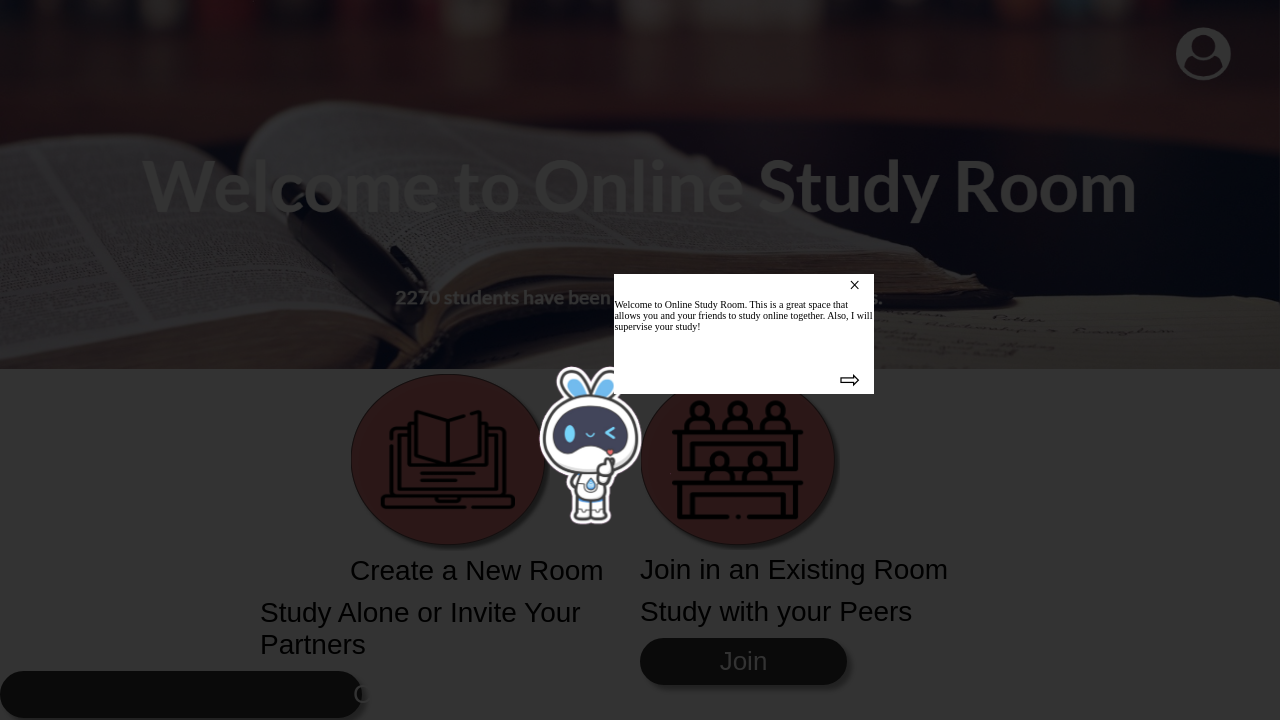
Repository: Team-Extrememe/Online-Study-Room
Page: home.html
These files come from the project's save history. The page is drawn as it stood at one moment and after the next save; the edit follows.
The browser window is 1280 px wide. The pictures show the whole page.

Above is the page before, as saved 2021-10-06 13:34:25.
Console error: TypeError: Cannot set properties of null (setting 'onclick')

### home.html
<!DOCTYPE html>
<html lang="en">
<head>
    <meta charset="UTF-8">
    <meta http-equiv="X-UA-Compatible" content="IE=edge">
    <meta name="viewport" content="width=device-width, initial-scale=1.0">
    <link rel="stylesheet" href="css/style.css">
    <script src="js/jquery-3.6.0.min.js" type="text/javascript"></script>
    <script type="text/javascript" src="js/javascript.js"></script>
    <title>Homepage</title>
</head>
<body>
    <img class="home" src="images/home.png" alt="home_header">
    <a href="login.html" class="account"></a>
    <img class="rabbit" src="images/rabbit1.png" alt="guide_rabbit">
    <div id="light3" class="guide_div">
        <div class="guide_text">
            <div class="close_guide_button">&times;</div>
            <div class="text1">
                Welcome to Online Study Room.  This is a great space that allows you and your friends to study online together.  Also, I will supervise your study!
            </div>
            <div class="next">&#8680;</div>
        </div>
    </div>
    <img class="rabbit2" src="images/rabbit2.png" alt="guide_rabbit2">
    <div id="light4" class="guide_div2">
        <div class="guide_text2">
            <div class="close_guide_button2">&times;</div>
            <span>You can create your own study room here!</span>
            <div class="back">&#8678;</div>
            <div class="next2">&#8680;</div>
        </div>
    </div>
    <img class="rabbit3" src="images/rabbit3.png" alt="guide_rabbit3">
    <div id="light5" class="guide_div3">
        <div class="guide_text3">
            <div class="close_guide_button3">&times;</div>
            <span>Or you can join other's study room.</span>
            <div class="back2">&#8678;</div>
            <div class="next3">&#8680;</div>
        </div>
    </div>
    <img class="rabbit4" src="images/rabbit3.png" alt="guide_rabbit4">
    <div id="light6" class="guide_div4">
        <div class="guide_text4">
            <div class="close_guide_button4">&times;</div>
            <span>You can create an account and log in here.</span>
            <div class="back3">&#8678;</div>
            <div class="next4">&#8680;</div>
        </div>
    </div>
    <img class="rabbit5" src="images/rabbit4.png" alt="guide_rabbit5">
    <div id="light7" class="guide_div5">
        <div class="guide_text5">
            <span>So now, start your learning~ I will always be with you.</span>
            <div class="repeat">Repeat</div>
            <div class="end">Ok</div>
        </div>
    </div>

    <div class="room_container">
        <div class="create_room">
            <img src="images/create.png" alt="create_room">
            <div class="create_text">
                <span class="span1">Create a New Room</span>
                <span class="span2">Study Alone or Invite Your Partners</span>
                <button class="create">Create</button>
            </div>
        </div>
        <div class="join_room">
            <img src="images/join.png" alt="join_room">
            <div class="join_text">
                <span>Join in an Existing Room</span>
                <span>Study with your Peers</span>
                <button class="join">Join</button>
            </div>
        </div>
    </div>

    <div id="light" class="popup">
        <div class="close_button">&times;</div>
        <div class="room_type">
            <label>Private
                <input type="checkbox">
            </label>
            <label>Public
                <input type="checkbox">
            </label>
        </div>
        <div class="room_info">
            <label>Number of people:</label>
            <input type="text">
            <span>(Maxium is 6)</span>
            <br>
            <label>Time Setting:</label>
            <input id="time" type="time" step='1' min="00:00:00" max="24:00:00">
        </div>
        <div class="device">

        </div>
        <button class="confirm_create" onclick="location.href='main.html'">Create</button>
    </div>
    <div id="light2" class="popup2">
        <div class="close_button2">&times;</div>
        <img src="images/join2.png" alt="join_other_rooms">
        <div class="room_type">
            <label>Private
                <input type="checkbox">
            </label>
            <label>Public
                <input type="checkbox">
            </label>
        </div>
        <button class="confirm_join">Join</button>
    </div>
    <div id="fade" class="black_overlay"></div>
    <div id="fade1" class="black"></div>
</body>
</html>

### css/style.css

.login{
    background: linear-gradient(144.9063727226063deg , rgba(250, 205, 145, 1) 28.000000000000004%, rgba(250, 248, 145, 1) 92%);
    margin: 0;
    padding: 0;
    height: 100vh;
    overflow: hidden;
}

body{
    margin: 0;
    padding: 0;
    height: 100vh;
    overflow: hidden;
}

div{
    display: block;
}

.login_container{
    position: absolute;
    top: 50%;
    left: 50%;
    transform: translate(-50%, -50%);
    width: 860px;
    background: white;
    height: 900px;
}

.login_container h1{
    text-align: center;
    padding: 0 0 20px 0;
    padding-top: 50px;
}

.login_container h3{
    text-align: center;
    padding-bottom: 50px;
}

.login_container form{
    padding: 0 100px;
    box-sizing: border-box;
}

form .txt_field{
    position: relative;
    margin: 30px 0;
}

.txt_field input{
    width: 60%;
    padding: 5px 5px;
    height: 40px;
    font-size: 16px;
    position: relative;
    left: 140px;
    top: 10px;
    margin-bottom: 30px;
    background-color: #f9f9f9;
    border-style: solid;
    border-color:  #d3d3d3;
    border-radius: 4px;
    border-width: 2px;
    text-indent: 0px;
    text-shadow: none;
    box-shadow: none;
}

.txt_field label{
    position: absolute;
    left: 140px;
    color: #8c8c8c;
    transform: translateY(-100%);
    font-size: 16px;

}

.remember{
    position: relative;
    left: 160px;
    color: #8c8c8c;
}

.check{
    position: relative;
    left: -140px;
}
.forgot{
    position: absolute;
    bottom: 392px;
    left: 480px;
}

.forgot a{
    text-decoration: none;
    color: rgb(43, 158, 217);
}

input[type="submit"]{
    border-width: 0px;
    position: absolute;
    left: 285px;
    top: 700px;
    width: 320px;
    height: 50px;
    background: inherit;
    background-color: rgba(30, 152, 215, 1);
    border: none;
    border-radius: 73px;
    box-shadow: none;
    font-weight: 400;
    font-style: normal;
    font-size: 25px;
    color: white;
    cursor: pointer;
}

input[type="submit"]:hover{
    background-color: rgba(30, 132, 207, 1);
}

.signup_link{
    position: absolute;
    bottom: 100px;
    left: 320px;
    color: #8c8c8c;
}

.signup_link a{
    text-decoration: none;
    color: rgb(43, 158, 217);
}

/* homepage*/

.home{
    width: 100%;
}

.account{
    display: inline-block;
    width: 88px;
    height: 81px;
    position: absolute;
    right: 69px;
    top: 41px;
    border-radius: 50%;
}

.room_container{
    width: 100%;
}

.create_room{
    width: 50%;
    float: left;
    /* margin-left: 350px; */
}

.create_room img{
    /* position: absolute;
    left: 450px; */
    padding-left: 350px;
}

.create_text{
    /* position: absolute;
    left: 420px;
    bottom: 100px; */
    font-family: 'Arial Negreta', 'Arial Normal', 'Arial', sans-serif;
    /* padding-left: 340px; */
}

.create_text span{
    word-break: normal;
    width: auto;
    display: block;
    white-space: pre-wrap;
    word-wrap: break-word;
    overflow: hidden;
    padding-bottom: 10px;
    font-size: 28px;
}

.create_text span:nth-of-type(2){
    /* position: relative;
    left: -90px; */
    /* padding-left: -50px;
    text-align:left; */
}

.span1{
    padding-left: 350px;
}

.span2{
    padding-left: 260px;
}

.create{
    padding-left: 350px;
}

.create_text button{
    /* position: relative;
    left: 30px; */
    width: 207px;
    height: 47px;
    background: inherit;
    background-color: rgba(51, 51, 51, 1);
    box-sizing: border-box;
    border-width: 3px;
    border-style: solid;
    border-color: rgba(51, 51, 51, 1);
    border-radius: 71px;
    box-shadow: 5px 5px 5px rgb(0 0 0 / 35%);
    font-size: 26px;
    color: rgba(255, 255, 255, 0.996078431372549);
    cursor: pointer;
}

.join_room{
    width: 50%;
    float: right;
}

.join_room img{
    /* position: absolute;
    right: 450px; */
}

.join_text{
    /* position: absolute;
    right: 420px;
    bottom: 100px; */
    font-family: 'Arial Negreta', 'Arial Normal', 'Arial', sans-serif;
}

.join_text span{
    word-break: normal;
    width: auto;
    display: block;
    white-space: pre-wrap;
    word-wrap: break-word;
    overflow: hidden;
    padding-bottom: 10px;
    font-size: 28px;
    /* position: relative;
    right: -40px; */
}

.join_text span:nth-of-type(2){
    /* position: relative;
    right: -60px; */
}

.join_text button{
    /* position: relative;
    right: -85px; */
    width: 207px;
    height: 47px;
    background: inherit;
    background-color: rgba(51, 51, 51, 1);
    box-sizing: border-box;
    border-width: 3px;
    border-style: solid;
    border-color: rgba(51, 51, 51, 1);
    border-radius: 71px;
    box-shadow: 5px 5px 5px rgb(0 0 0 / 35%);
    font-size: 26px;
    color: rgba(255, 255, 255, 0.996078431372549);
    cursor: pointer;
}

/* pop-up*/

.room_info input{
    border: 0;
    outline: 0;
    background: transparent;
    border-bottom: 1px solid black;
}

.popup{
    display: none;
    position: absolute;
    top: 35%;
    left: 37%;
    width: 500px;
    height: 240px;
    border: 10x solid black;
    background-color: white;
    z-index:1002;
    overflow: auto;
}

.popup2{
    display: none;
    position: absolute;
    top: 35%;
    left: 37%;
    width: 500px;
    height: 240px;
    border: 10x solid black;
    background-color: white;
    z-index:1002;
    overflow: auto;
}

.popup2 img{
    position: relative;
    left: 45%;
    top: 10px;
}

.popup2 .room_type{
    position: absolute;
    top: 38%;
}

.black_overlay{
    display: none;
    position: absolute;
    top: 0%;
    left: 0%;
    width: 100%;
    height: 100%;
    background-color: black;
    z-index:1001;
    opacity:.80;
    filter: alpha(opacity=88);
}

.close_button{
    position: absolute;
    right: 20px;
    top: 0px;
    font-size: 35px;
    cursor: pointer;
}

.close_button2{
    position: absolute;
    right: 20px;
    top: 0px;
    font-size: 35px;
    cursor: pointer;
}

.room_type{
    position: absolute;
    left: 28%;
    top: 10%;
    font-size: 20px;
}

.room_type label{
    padding-right: 40px;
}

.room_info{
    position: absolute;
    top: 20%;
    left: 20%;
    margin-top: 25px;
}

.room_info input{
    width: 70px;
}

.room_info label{
    display: inline-block;
    margin-bottom: 25px;
}

.confirm_create{
    position: absolute;
    bottom: 10px;
    left: 35%;
    width: 170px;
    height: 40px;
    background: inherit;
    background-color: rgba(51, 51, 51, 1);
    box-sizing: border-box;
    border-width: 3px;
    border-style: solid;
    border-color: rgba(51, 51, 51, 1);
    border-radius: 71px;
    box-shadow: 3px 2px 3px rgb(0 0 0 / 35%);
    font-size: 16px;
    color: rgba(255, 255, 255, 0.996078431372549);
    cursor: pointer;
}

.confirm_join{
    position: absolute;
    bottom: 25px;
    left: 35%;
    width: 170px;
    height: 40px;
    background: inherit;
    background-color: rgba(51, 51, 51, 1);
    box-sizing: border-box;
    border-width: 3px;
    border-style: solid;
    border-color: rgba(51, 51, 51, 1);
    border-radius: 71px;
    box-shadow: 3px 2px 3px rgb(0 0 0 / 35%);
    font-size: 16px;
    color: rgba(255, 255, 255, 0.996078431372549);
    cursor: pointer;
}

/* rabbit guide*/

.rabbit{
    width: 160px;
    height: 180px;
    float: left;
    position: absolute;
    left: 40%;
    top: 50%;
    display: block;
    position: absolute;
    background-color: transparent;
    z-index:1002;
    overflow: auto;
}

.rabbit2{
    width: 400px;
    /* height: 180px; */
    float: left;
    position: absolute;
    left: 31%;
    top: 56%;
    display: none;
    position: absolute;
    background-color: transparent;
    z-index:1002;
    overflow: auto;
}

.rabbit3{
    width: 400px;
    /* height: 180px; */
    float: left;
    position: absolute;
    left: 53%;
    top: 56%;
    display: none;
    position: absolute;
    background-color: transparent;
    z-index:1002;
    overflow: auto;
}

.rabbit4{
    width: 400px;
    /* height: 180px; */
    float: left;
    position: absolute;
    right: 5%;
    top: 12%;
    display: none;
    position: absolute;
    background-color: transparent;
    z-index:1002;
    overflow: auto;
}

.rabbit5{
    width: 200px;
    height: 200px;
    float: left;
    position: absolute;
    left: 35%;
    top: 56%;
    display: none;
    position: absolute;
    background-color: transparent;
    z-index:1002;
    overflow: auto;
}

.black{
    display: none;
    position: absolute;
    top: 0%;
    left: 0%;
    width: 100%;
    height: 100%;
    background-color: black;
    z-index:1001;
    opacity:.80;
    filter: alpha(opacity=88);
}

.guide_div {
    display: block;
    position: absolute;
    top: 38%;
    left: 48%;
    width: 260px;
    height: 120px;
    border: 10x solid black;
    background-color: white;
    z-index:1002;
    overflow: auto;
}

.guide_div2{
    display: none;
    position: absolute;
    bottom: 30%;
    left: 27%;
    width: 215px;
    height: 70px;
    border: 10x solid black;
    background-color: white;
    z-index:1002;
    overflow: none;
}

.guide_div3{
    display: none;
    position: absolute;
    bottom: 31%;
    right: 22%;
    width: 215px;
    height: 70px;
    border: 10x solid black;
    background-color: white;
    z-index:1002;
    overflow: none;
}

.guide_div4{
    display: none;
    position: absolute;
    top: 14%;
    right: 1%;
    width: 215px;
    height: 70px;
    border: 10x solid black;
    background-color: white;
    z-index:1002;
    overflow: none;
}

.guide_div5{
    display: none;
    position: absolute;
    bottom: 37%;
    left: 44%;
    width: 215px;
    height: 70px;
    border: 10x solid black;
    background-color: white;
    z-index:1002;
    overflow: none;
}

/* .text1::before{
    background-color: #F2F2F2;
    bottom: -5px;
    box-shadow: -2px 2px 2px 0 rgba(178, 178, 178, 0.4);
    content: " ";
    display: block;
    height: 13px;
    left: 5px;
    position: absolute;
    transform: rotate(-35deg) skew(-35deg);
    width: 15px;
} */

#fade1{
    display: block;
}

.light3{
    display: block;
}

.light4{
    display: block;
}

.light5{
    display: block;
}

.light6{
    display: block;
}

.light7{
    display: block;
}

.text1{
    font-size: 10px;
    position: absolute;
    top: 25px;
    /* background-color: #F2F2F2;
    border-radius: 5px;
    box-shadow: 0 0 6px #B2B2B2;
    display: inline-block;
    padding: 10px 18px;
    position: relative;
    vertical-align: top;
    float: left;
    margin: 5px 45px 5px 20px;     */
}

.guide_text2 span{
    font-size: 14px;
    position: absolute;
    top: 20px;
}

.guide_text3 span{
    font-size: 14px;
    position: absolute;
    top: 20px;
}

.guide_text4 span{
    font-size: 14px;
    position: absolute;
    top: 20px;
}

.guide_text5 span{
    font-size: 14px;
    position: absolute;
}

.close_guide_button{
    position: absolute;
    right: 14px;
    top: 0px;
    font-size: 20px;
    cursor: pointer;
}

.close_guide_button2{
    position: absolute;
    left: 184px;
    top: -2px;
    font-size: 20px;
    cursor: pointer;
}

.close_guide_button3{
    position: absolute;
    left: 184px;
    top: -2px;
    font-size: 20px;
    cursor: pointer;
}

.close_guide_button4{
    position: absolute;
    left: 184px;
    top: -2px;
    font-size: 20px;
    cursor: pointer;
}

.next{
    position: absolute;
    right: 14px;
    bottom: 0;
    font-size: 25px;
    cursor: pointer;
}

.next2{
    position: absolute;
    right: 14px;
    bottom: 0;
    font-size: 25px;
    cursor: pointer;
}

.next3{
    position: absolute;
    right: 14px;
    bottom: 0;
    font-size: 25px;
    cursor: pointer;
}

.next4{
    position: absolute;
    right: 14px;
    bottom: 0;
    font-size: 25px;
    cursor: pointer;
}

.back{
    position: absolute;
    right: 35px;
    bottom: 0;
    font-size: 25px;
    cursor: pointer;
}

.back2{
    position: absolute;
    right: 35px;
    bottom: 0;
    font-size: 25px;
    cursor: pointer;
}

.back3{
    position: absolute;
    right: 35px;
    bottom: 0;
    font-size: 25px;
    cursor: pointer;
}

.repeat, .end{
    font-size: 10px;
}

.repeat{
    position: absolute;
    right: 52px;
    bottom: 4px;
    cursor: pointer;
}

.end{
    position: absolute;
    right: 14px;
    bottom: 4px;
    cursor: pointer;
}

/* main page*/

Loaded but not shown: js/jquery-3.6.0.min.js (library); js/javascript.js (308 lines, source omitted)

After the next save:
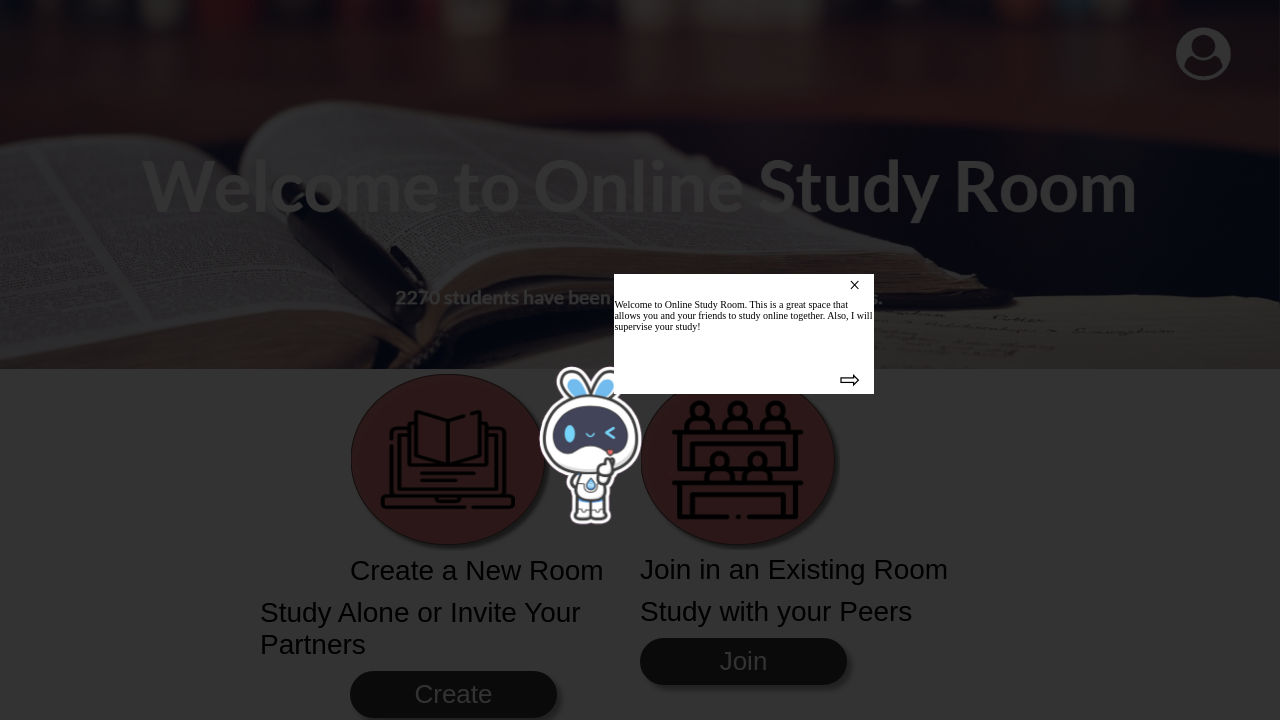
Saved 10 s later.
--- a/css/style.css
+++ b/css/style.css
@@ -200,7 +200,7 @@ input[type="submit"]:hover{
 }
 
 .create{
-    padding-left: 350px;
+    margin-left: 350px;
 }
 
 .create_text button{
